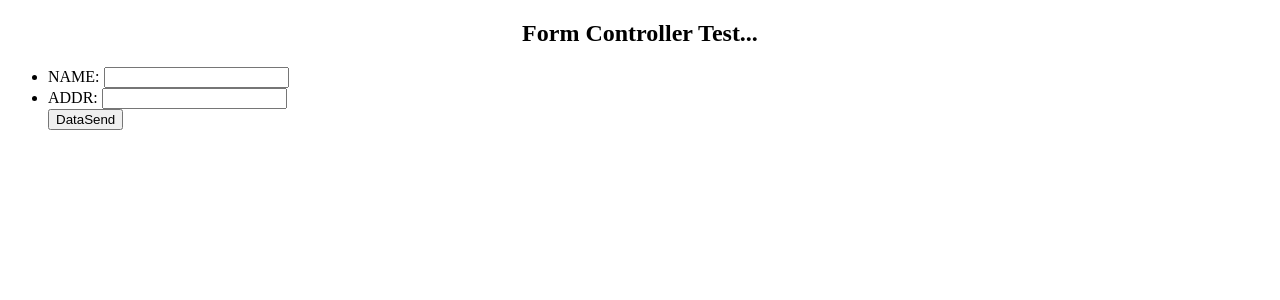
Repository: hamham1210/JavaStudy
Page: Maven02_SpringMVC/src/main/webapp/form.html
An editor plug-in stored every save of this project. The page is shown before and after a run of saves, followed by the edit.
The browser window is 1280 px wide. The pictures show the whole page.

Above is the page before, as saved 2024-10-02 03:13:44.

### Maven02_SpringMVC/src/main/webapp/form.html
<!DOCTYPE html>
<html>
<head>
<meta charset="UTF-8">
<title>Insert title here</title>
</head>
<body>
	<h2 align="center">Form Controller Test...</h2>
	<form action="form.do" method="post">
		<ul>
			<li>NAME: <input type="text" name="userName" id="userName"></li>
			<li>ADDR: <input type="text" name="userAddr" id="userAddr"></li>
			<input type="submit" value="DataSend">
		</ul>
	</form>
</body>
</html>

After the next 2 saves:
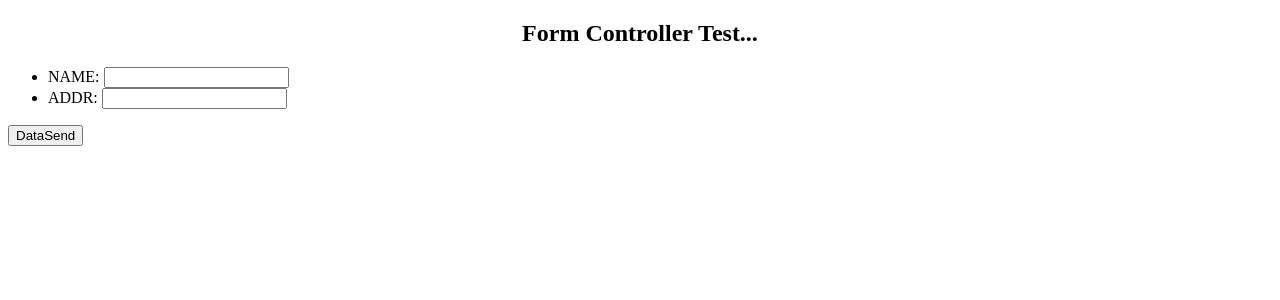
The 2 saves are shown as one change because they came seconds apart.
The last was saved 5 min 18 s later.
--- a/Maven02_SpringMVC/src/main/webapp/form.html
+++ b/Maven02_SpringMVC/src/main/webapp/form.html
@@ -10,8 +10,8 @@
 		<ul>
 			<li>NAME: <input type="text" name="userName" id="userName"></li>
 			<li>ADDR: <input type="text" name="userAddr" id="userAddr"></li>
-			<input type="submit" value="DataSend">
 		</ul>
+		<input type="submit" value="DataSend">
 	</form>
 </body>
 </html>
